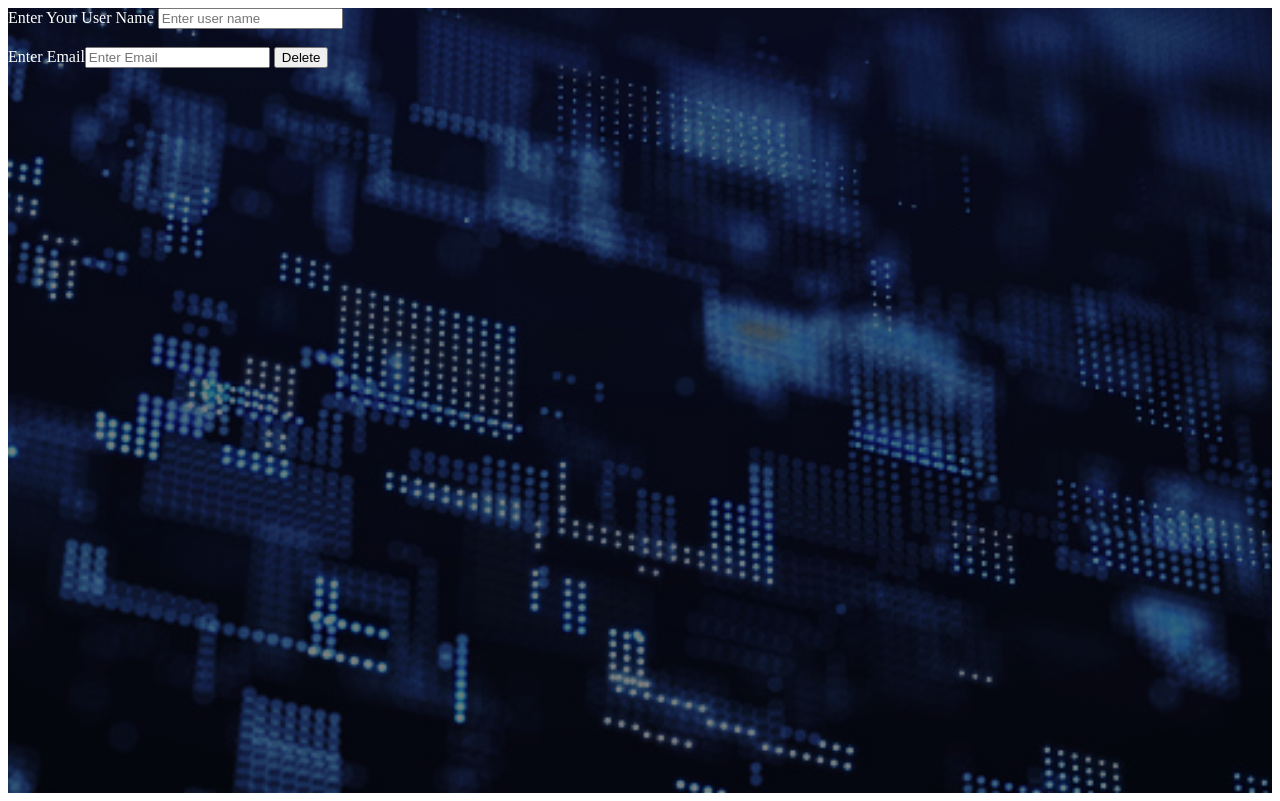
Repository: sainath0323/Website-design-using-J2EE
Page: AdvanceJavaApplication/src/main/webapp/delete.html
These files come from the project's save history. The page is drawn as it stood at one moment and after the next save; the edit follows.
The browser window is 1280 px wide. The pictures show the whole page.

Above is the page before, as saved 2023-04-28 07:12:31.

### AdvanceJavaApplication/src/main/webapp/delete.html
<!DOCTYPE html>
<html>
<head>
<style >

table{
margin: auto;
text-align: center;
}
.container{
  width: 100%;
    background:linear-gradient(to top,rgba(0,0,0,0.5)50%,rgba(0,0,0,0.5)50%),url(websiteimage.jpg)50%;
    background-position: center;
    background-size: cover;
    height: 109vh;
    color: white;
    }
</style>
</head>
<body>
<div class="container">
<form method="get" action="DeleteServlet">
Enter Your User Name <input type="text"   name="user"  placeholder="Enter user name"/>
<br><br>
Enter Email<input type="text"  name="email" placeholder="Enter Email"/>
<input type="submit"  value="Delete"/>
</form>
</div>
</body>
</html>

After the next save:
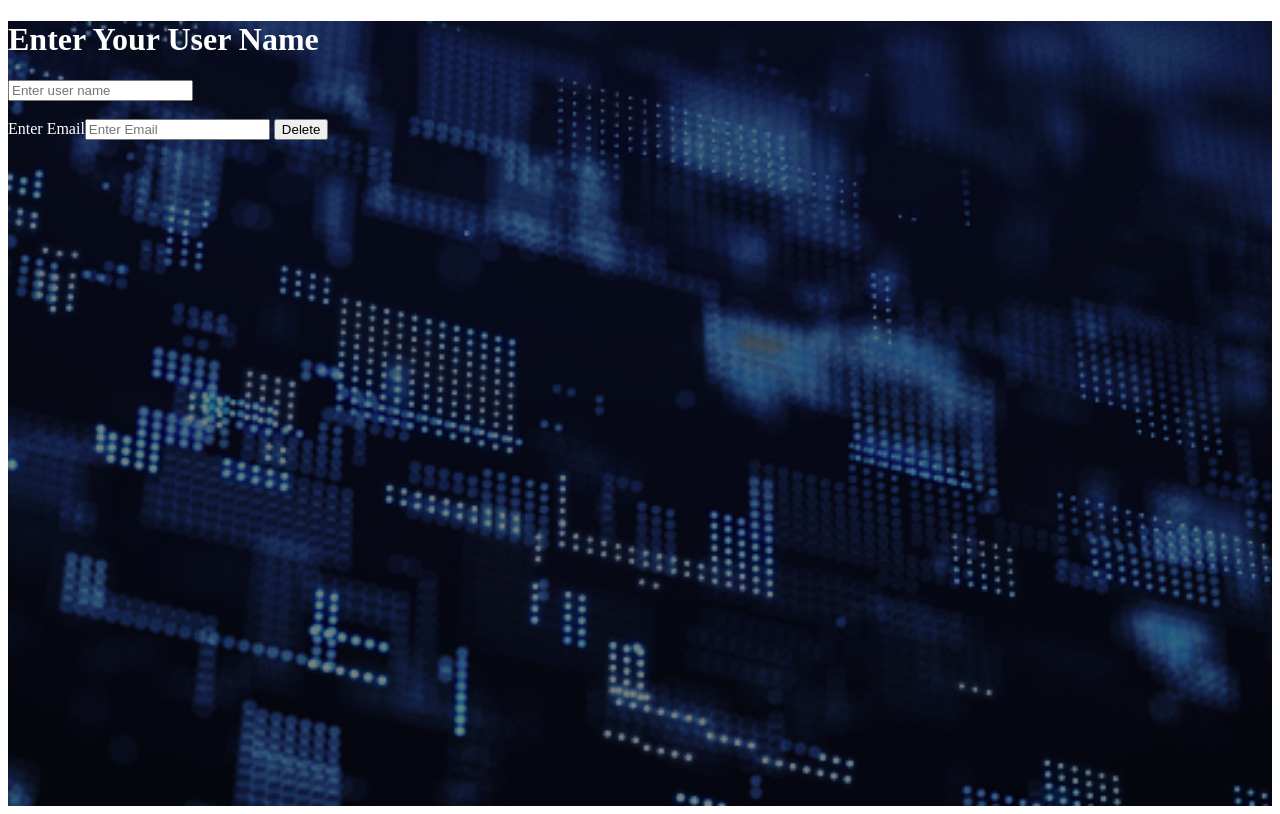
Saved 89 s later.
--- a/AdvanceJavaApplication/src/main/webapp/delete.html
+++ b/AdvanceJavaApplication/src/main/webapp/delete.html
@@ -20,7 +20,7 @@
 <body>
 <div class="container">
 <form method="get" action="DeleteServlet">
-Enter Your User Name <input type="text"   name="user"  placeholder="Enter user name"/>
+<h1>Enter Your User Name </h1> <input type="text"   name="user"  placeholder="Enter user name"/>
 <br><br>
 Enter Email<input type="text"  name="email" placeholder="Enter Email"/>
 <input type="submit"  value="Delete"/>
